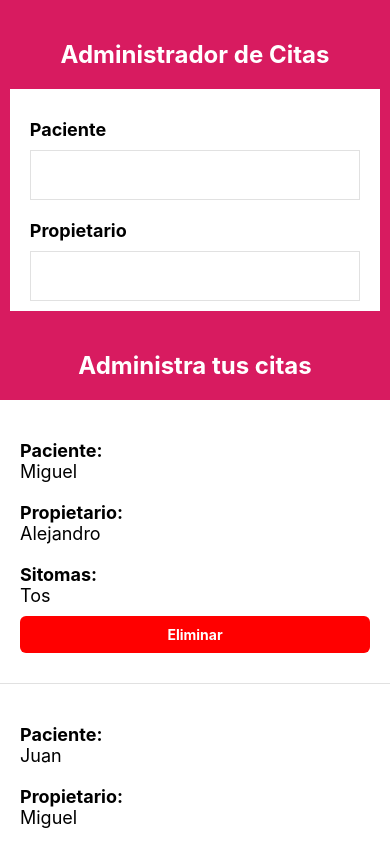
Repository: AleMicky/citas
Screen: /
An editor plug-in stored every save of this project. The screen is shown before and after the next save, followed by the edit.
An inner scrolling area shows only its first screen. The app was drawn by React Native's web renderer in a window 390 px wide. The project was rebuilt for these pictures with package versions that can differ from the ones it lists, and the page was loaded fresh each time.

Above is the screen before, as saved 2020-06-27 01:09:03.

### App.js
import React from 'react'
import { View, Text, StyleSheet, FlatList } from 'react-native'
import Cita from './src/components/Cita';
import Formulario from './src/components/Formulario';

export default function App() {

  const [citas, setCitas] = React.useState([
      { id:'1', paciente:'Miguel', propietario:'Alejandro', sitomas: 'Tos' },
      { id:'2', paciente:'Juan', propietario:'Miguel', sitomas: 'No duerme' },
      { id:'3', paciente:'Rossy', propietario:'Camila', sitomas: 'No come' }
  ]);

   const eliminarPaciente = id => {
      setCitas((citasActuales) =>{
        return citasActuales.filter(citas => citas.id != id)
      })
   }
  return (
    <View style={styles.contenedor}>
        <Text style={styles.titulo}>Administrador de Citas</Text>
          <Formulario />
          <Text style={styles.titulo}>{citas.length > 0 ?'Administra tus citas':'No hay citas, agrega una '}</Text>
          <FlatList data = {citas}
                    renderItem = {({item}) => (<Cita item = {item} eliminarPaciente = {eliminarPaciente}/>)}
                    keyExtractor = {citas => citas.id}
            />
    </View>
  )
}

const styles = StyleSheet.create({
  contenedor:{
    flex:1,
    backgroundColor:'#d81b60'
  },
  titulo:{
    marginTop:40,
    marginBottom:20,
    fontSize: 24,
    fontWeight:'bold',
    textAlign:'center',
    color:'#fff'
  }
})

### src/components/Cita.js
import React from 'react';
import { Text, StyleSheet, View, TouchableOpacity } from 'react-native';

const Cita = ({ item, eliminarPaciente }) => {

    const { id, paciente, propietario, sitomas  } = item;

    const dialogoEliminar = id => {
        eliminarPaciente(id);
    }

    return (
        <View style={styles.cita}>
            <View>
                <Text style={styles.lebel}>Paciente: </Text>
                <Text style={styles.texto}>{paciente}</Text>
            </View>
            <View>
                <Text style={styles.lebel}>Propietario: </Text>
                <Text style={styles.texto}>{propietario}</Text>
            </View>
            <View>
                <Text style={styles.lebel}>Sitomas: </Text>
                <Text style={styles.texto}>{sitomas}</Text>
            </View>
            <View>
                <TouchableOpacity onPress={() => dialogoEliminar(id)} style={styles.butonEliminar}>
                        <Text style={styles.textoELiminar}>Eliminar</Text>
                </TouchableOpacity>
            </View>
        </View>
    );
}
const styles = StyleSheet.create({
    cita:{
        backgroundColor:'#fff',
        borderBottomColor:"#e1e1e1",
        borderStyle:'solid',
        borderBottomWidth: 1,
        paddingVertical:20,
        paddingHorizontal:20,
    },
    lebel:{
        fontWeight:'bold',
        fontSize:18,
        marginTop:20
    },
    texto:{
        fontSize:18,
    },
    butonEliminar:{
        borderRadius: 6,
        padding:10,
        backgroundColor:'red',
        marginVertical:10,

    },
    textoELiminar:{
        color:'#fff',
        fontWeight:'bold',
        textAlign:'center'
    }
})
export default Cita;

### src/components/Formulario.js
import React from 'react';
import { View, Text, StyleSheet, TextInput } from 'react-native';

const Formulario = () => {
    return (
        <>
            <View style={styles.formulario}>
                <View>
                    <Text style={styles.label}>Paciente</Text>
                    <TextInput style={styles.inpul}
                               onChangeText={(texto) => console.log(texto)}

                    />
                </View>
                <View>
                    <Text style={styles.label}>Propietario</Text>
                    <TextInput style={styles.inpul}
                               onChangeText={(texto) => console.log(texto)}

                    />
                </View>
            </View>
        </>
    );
}


const styles = StyleSheet.create({
    formulario:{
        backgroundColor:'#ffff',
        paddingHorizontal:20,
        paddingVertical:10,
        marginHorizontal:'2.5%'
    },
    label:{
        fontWeight:'bold',
        fontSize:18,
        marginTop:20
    },
    inpul:{
        marginTop:10,
        height:50,
        borderColor:'#e1e1e1',
        borderWidth:1,
        borderStyle:'solid'
    }
});

export default Formulario;

After the next save:
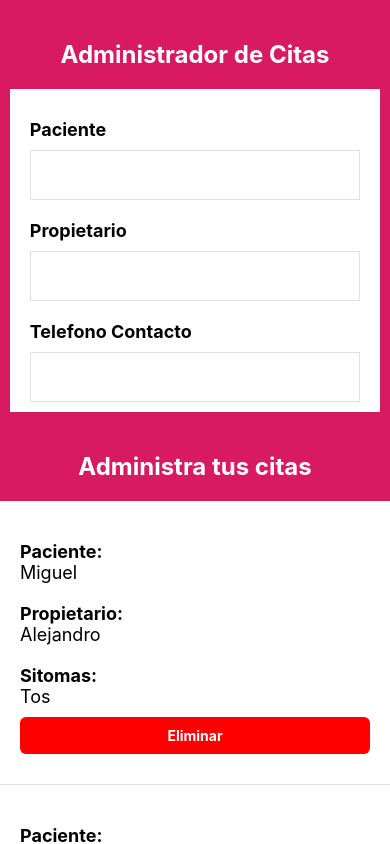
Saved 47 s later.
--- a/src/components/Formulario.js
+++ b/src/components/Formulario.js
@@ -17,6 +17,13 @@ const Formulario = () => {
                     <TextInput style={styles.inpul}
                                onChangeText={(texto) => console.log(texto)}
 
+                    />
+                </View>
+                <View>
+                    <Text style={styles.label}>Telefono Contacto</Text>
+                    <TextInput style={styles.inpul}
+                               onChangeText={(texto) => console.log(texto)}
+                               keyboardType='phone-pad'
                     />
                 </View>
             </View>
